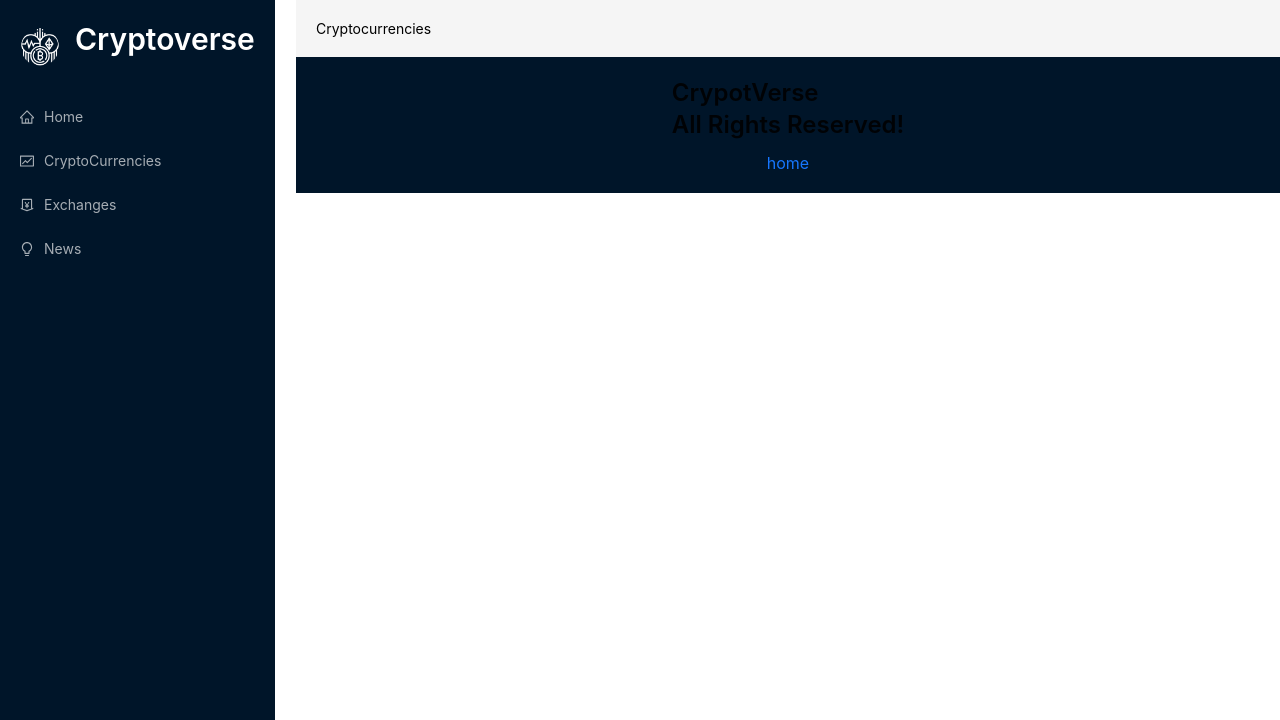
Repository: EyanIngles/CryptoWatcher
Page: /cryptocurrencies
The author's editor kept a copy of each file at every save. The page is drawn from the files as they stood at one save, then again after the next save.
The browser window is 1280 px wide. The pictures show the whole page.
The project was rebuilt for these pictures with package versions that can differ from the ones it lists, and the page was loaded fresh each time. Also part of the build but not shown: src/components/CryptoDetails.jsx, src/components/Exchanges.jsx, src/components/News.jsx.

Above is the page before, as saved 2024-05-01 10:16:33.

After the next save:
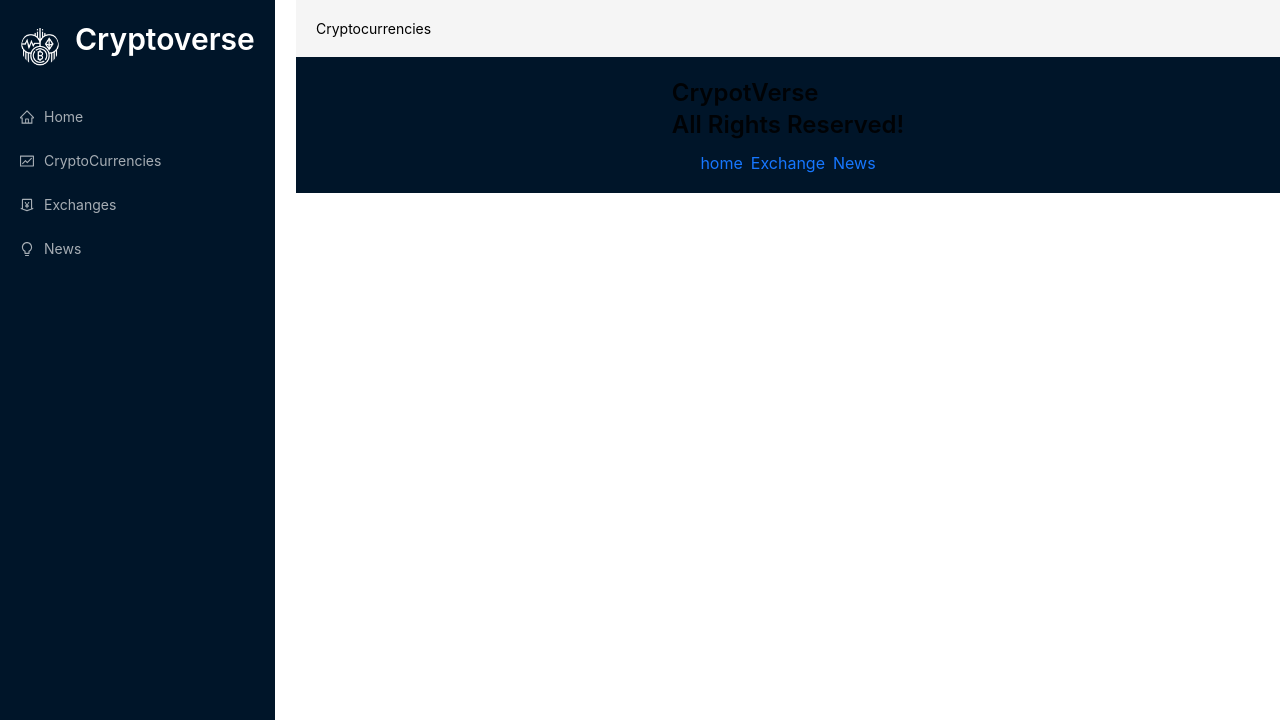
Saved 2 min 47 s later.
--- a/src/App.js
+++ b/src/App.js
@@ -31,6 +31,8 @@ const App = () => {
         </Typography.Title>
         <Space>
           <Link to="/">home </Link>
+          <Link to="/exchanges">Exchange </Link>
+          <Link to="/news">News </Link>
         </Space>
       </div>
       </div>
